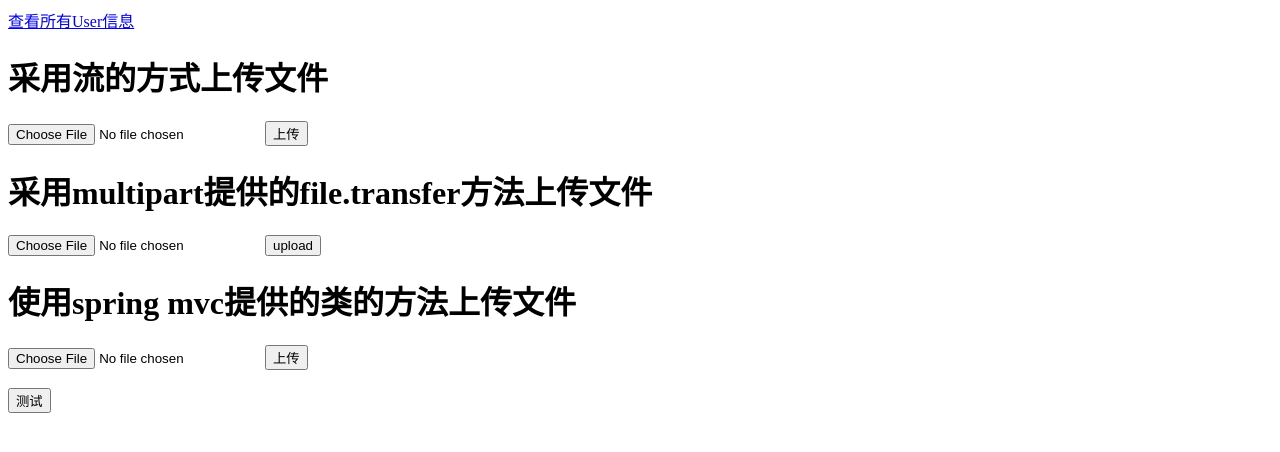
Repository: gongzheng-java/ProjectExample
Page: http://localhost/SpringMVC/
The author's editor kept a copy of each file at every save. The page is drawn from the files as they stood at one save, then again after the next save.
The browser window is 1280 px wide. The pictures show the whole page.
The page is served by Tomcat 9. Nobody is signed in. The application's start-up code is not run. Other server files are loaded and not shown.

Above is the page before, as saved 2019-03-03 03:59:19.

### Mybatis&springMVC Space/SpringMVC/WebRoot/index.jsp
<%@ page language="java" contentType="text/html; charset=utf-8"
    pageEncoding="UTF-8"%>
<!DOCTYPE html PUBLIC "-//W3C//DTD HTML 4.01 Transitional//EN" "http://www.w3.org/TR/html4/loose.dtd">
<html>
<head>
<meta http-equiv="Content-Type" content="text/html; charset=utf-8">
<script type="text/javascript"  src="${pageContext.request.contextPath }/js/jquery.min.js"></script>
<title>Insert title here</title>
</head>
<body>

<a href="User/findUserList">查看所有User信息</a>
<%-- <jsp:forward page="User/test"></jsp:forward> --%>

<!-- 文件上传 -->
<form name="serForm" action="SpringMVC006/fileUpload" method="post"  enctype="multipart/form-data">
<h1>采用流的方式上传文件</h1>
<input class="up" type="file" name="file" id="up">
<input type="submit" value="上传"/>
</form>

<form name="Form2" action="SpringMVC006/fileUpload2" method="post"  enctype="multipart/form-data">
<h1>采用multipart提供的file.transfer方法上传文件</h1>
<input type="file" name="file">
<input class="up" type="submit" value="upload"/>
</form>

<form name="Form2" action="SpringMVC006/springUpload" method="post"  enctype="multipart/form-data">
<h1>使用spring mvc提供的类的方法上传文件</h1>
<input type="file" name="file">
<input class="up" type="submit" value="上传"/>

</form>
<br>
<button id="np" onclick="btn()">测试</button>
</body>

<script type="text/javascript">

   function btn(){
	 /*   alert(13132);
	   //$("input.up").val();
	  var name= $("#up").val();
	  if(name!=null){
		  alert(110);
	  }else{
		  alert(120);
	  } */


	   if(document.getElementById("up").value == null || document.getElementById("up").value == ""){
	           alert("请选择上传文件");
	   }

   }


</script>
</html>

Loaded but not shown: Mybatis&springMVC Space/SpringMVC/WebRoot/js/jquery.min.js (library)

After the next save:
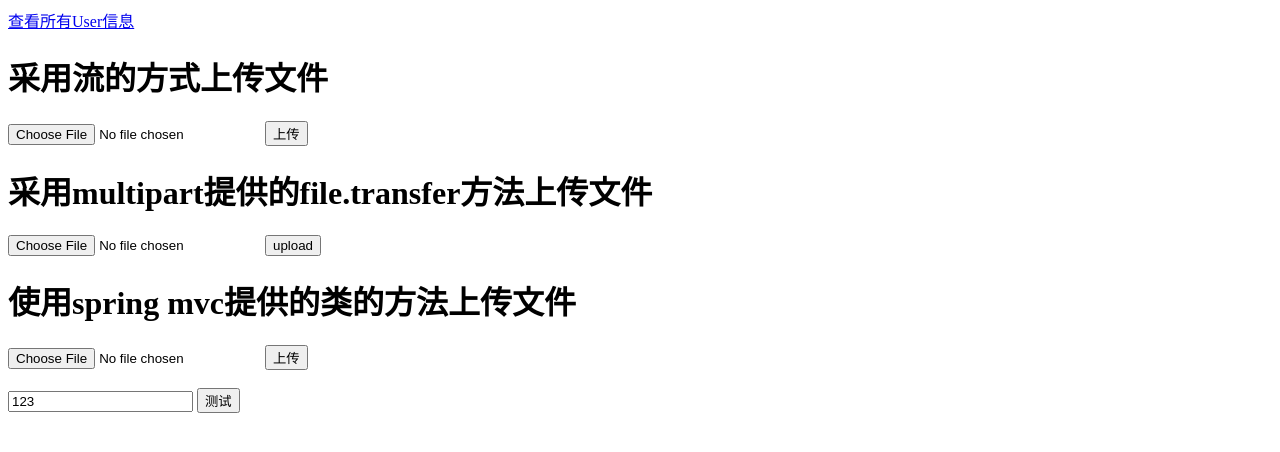
Saved 4 min 35 s later.
--- a/Mybatis&springMVC Space/SpringMVC/WebRoot/index.jsp
+++ b/Mybatis&springMVC Space/SpringMVC/WebRoot/index.jsp
@@ -32,6 +32,7 @@
 
 </form>
 <br>
+<input value="123" id="ceshi">
 <button id="np" onclick="btn()">测试</button>
 </body>
 
